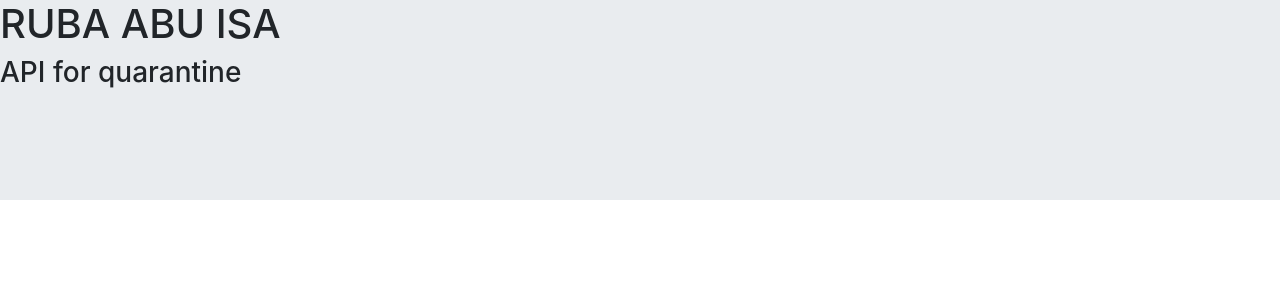
Repository: rubaabu/Fullstack-bitberry
Page: server/index.html
These files come from the project's save history. The page is drawn as it stood at one moment and after the next save; the edit follows.
The browser window is 1280 px wide. The pictures show the whole page.

Above is the page before, as saved 2020-04-02 15:46:04.

### server/index.html
<!DOCTYPE html>
<html lang="en">
<head>
    <meta charset="UTF-8">
    <meta name="viewport" content="width=device-width, initial-scale=1.0">
    <title>Ruba</title>

    <link rel="stylesheet" type="text/css" href="style.css">
    <link rel="stylesheet" href="https://stackpath.bootstrapcdn.com/bootstrap/4.4.1/css/bootstrap.min.css" integrity="sha384-Vkoo8x4CGsO3+Hhxv8T/Q5PaXtkKtu6ug5TOeNV6gBiFeWPGFN9MuhOf23Q9Ifjh" crossorigin="anonymous">
</head>
<body>
    <header>
        <div class="header">
            <h1>RUBA ABU ISA</h1>
            <h3>API for quarantine</h3>
        </div>
    </header>
</body>
</html>

### server/style.css
header {
    background-color: #E9ECEF;
    height: 200px;
}

After the next save:
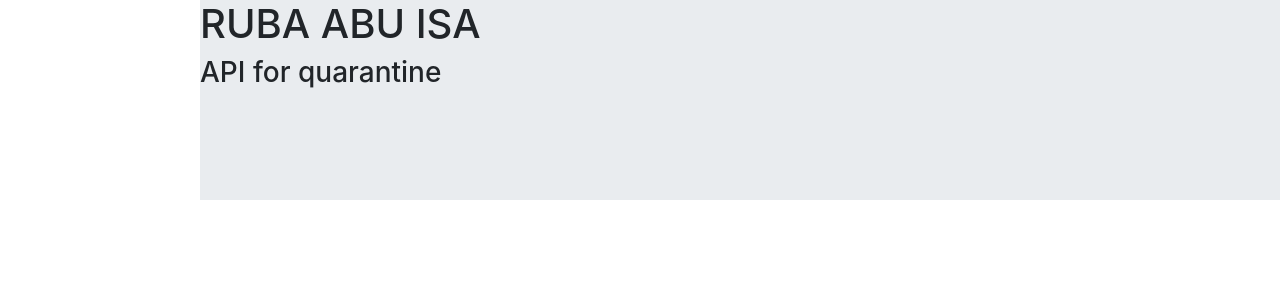
Saved 24 s later.
--- a/server/style.css
+++ b/server/style.css
@@ -1,4 +1,5 @@
 header {
     background-color: #E9ECEF;
     height: 200px;
+    margin-left: 200px
 }

After the save that followed:
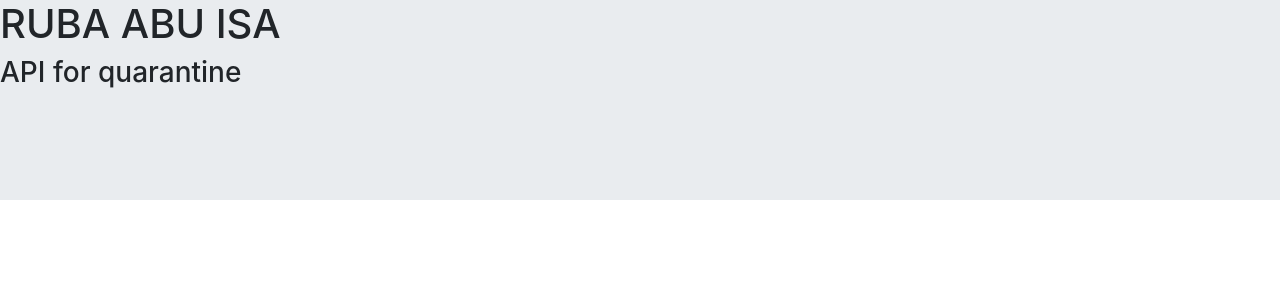
Saved 4 s later.
--- a/server/style.css
+++ b/server/style.css
@@ -1,5 +1,5 @@
 header {
     background-color: #E9ECEF;
     height: 200px;
-    margin-left: 200px
+
 }
